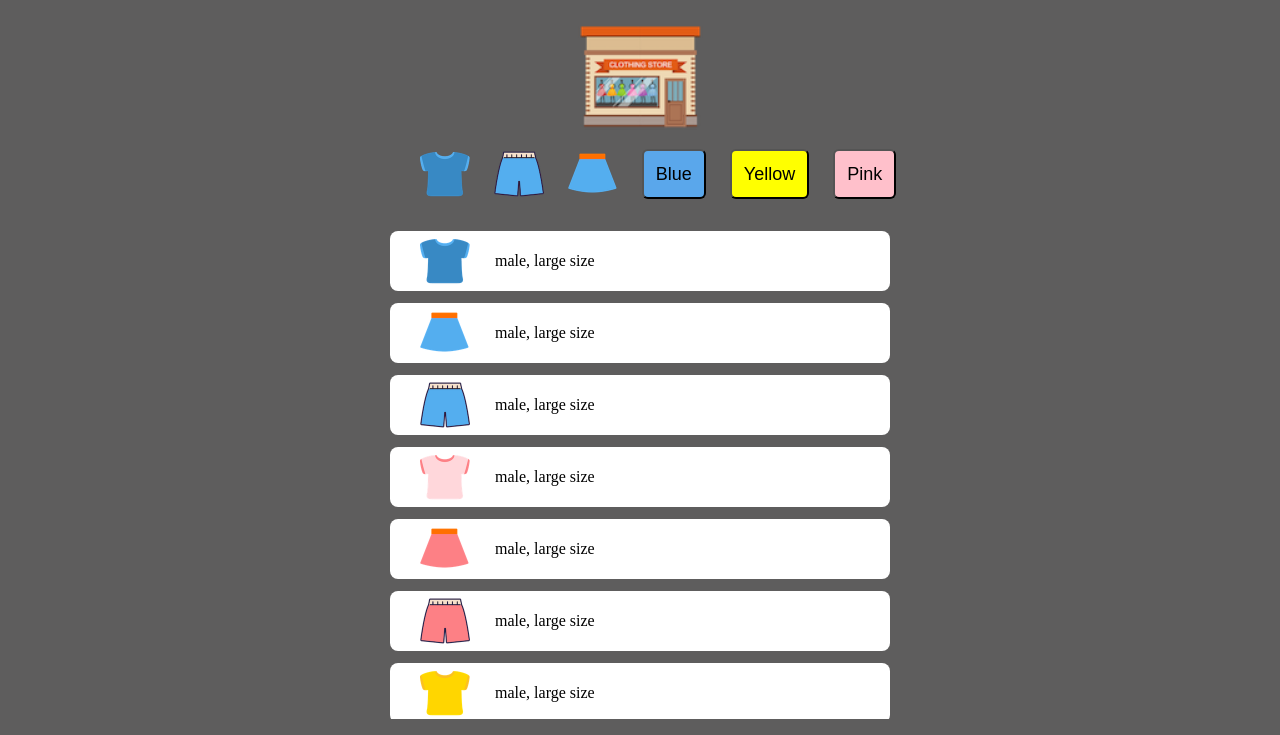
Repository: keehoonjung/Shoppingmall-Game
Page: index.html
An editor plug-in stored every save of this project. The page is shown before and after the next save, followed by the edit.
The browser window is 1280 px wide. The pictures show the whole page.
The pointer rests on the first visible `.header__logo`.
An inner scrolling area shows only its first screen.

Above is the page before, as saved 2021-08-12 14:56:26.

### index.html
<!DOCTYPE html>
<html lang="en">
<head>
    <meta charset="UTF-8">
    <meta http-equiv="X-UA-Compatible" content="IE=edge">
    <meta name="viewport" content="width=device-width, initial-scale=1.0">
    <title>Shoppingamll Game</title>
    <link rel="stylesheet" href="style.css">
    <script src="main.js" defer></script>
</head>
<body>
    <header>
        <img src="./imgs/logo.png" alt="header" class="header__logo">
    </header>
    <ul class="filter">
        <li class="filter__btn">
            <img src="./imgs/blue_t.png" alt="shirt" class="shirt">
        </li>
        <li class="filter__btn">
            <img src="./imgs/blue_p.png" alt="pants" class="pants">
        </li>
        <li class="filter__btn">
            <img src="./imgs/blue_s.png" alt="" class="skirt">
        </li>
        <li class="filter__btn">
            <button class="blue">
                Blue
            </button>
        </li>
        <li class="filter__btn">
            <button class="yellow">
                Yellow
            </button>
        </li>
        <li class="filter__btn">
            <button class="pink">
                Pink
            </button>
        </li>
    </ul>
    <ul class="items">
        <li class="item visible" data-type="shirt" data-color="blue">
            <img src="./imgs/blue_t.png" alt="blueshirt">
            <span>male, large size</span>
        </li>
        <li class="item visible" data-type="skirt" data-color="blue">
            <img src="./imgs/blue_s.png" alt="blueshirt">
            <span>male, large size</span>
        </li>
        <li class="item visible" data-type="pants" data-color="blue">
            <img src="./imgs/blue_p.png" alt="blueshirt">
            <span>male, large size</span>
        </li>
        <li class="item visible" data-type="shirt" data-color="pink">
            <img src="./imgs/pink_t.png" alt="blueshirt">
            <span>male, large size</span>
        </li>
        <li class="item visible" data-type="skirt" data-color="pink">
            <img src="./imgs/pink_s.png" alt="blueshirt">
            <span>male, large size</span>
        </li>
        <li class="item visible" data-type="pants" data-color="pink">
            <img src="./imgs/pink_p.png" alt="blueshirt">
            <span>male, large size</span>
        </li>
        <li class="item visible" data-type="shirt" data-color="yellow">
            <img src="./imgs/yellow_t.png" alt="blueshirt">
            <span>male, large size</span>
        </li>
        <li class="item visible" data-type="skirt" data-color="yellow">
            <img src="./imgs/yellow_s.png" alt="blueshirt">
            <span>male, large size</span>
        </li>
        <li class="item visible" data-type="pants" data-color="yellow">
            <img src="./imgs/yellow_p.png" alt="blueshirt">
            <span>male, large size</span>
        </li>
        <li class="item visible" data-type="shirt" data-color="yellow">
            <img src="./imgs/yellow_t.png" alt="blueshirt">
            <span>male, large size</span>
        </li>
        <li class="item visible" data-type="skirt" data-color="yellow">
            <img src="./imgs/yellow_s.png" alt="blueshirt">
            <span>male, large size</span>
        </li>
        <li class="item visible" data-type="pants" data-color="yellow">
            <img src="./imgs/yellow_p.png" alt="blueshirt">
            <span>male, large size</span>
        </li>
        <li class="item visible" data-type="shirt" data-color="yellow">
            <img src="./imgs/yellow_t.png" alt="blueshirt">
            <span>male, large size</span>
        </li>
        <li class="item visible" data-type="skirt" data-color="yellow">
            <img src="./imgs/yellow_s.png" alt="blueshirt">
            <span>male, large size</span>
        </li>
        <li class="item visible" data-type="pants" data-color="yellow">
            <img src="./imgs/yellow_p.png" alt="blueshirt">
            <span>male, large size</span>
        </li>
    </ul>
</body>
</html>

### style.css
* {
  box-sizing: border-box;
}

body {
  background-color: rgb(94, 93, 93);
  text-align: center;
  margin: 0;
}

ul {
  list-style: none;
}

button {
  outline: none;
  border-radius: 6px;
  display: inline-block;
  height: 50px;
  padding: 8px 12px;
  font-size: 18px;
  cursor: pointer;
  transition: transform 300ms ease-in;
}

button:hover {
  transform: scale(1.1);
}

header {
  margin-top: 20px;
}

.header__logo {
  width: 125px;
  cursor: pointer;
  transition: transform 300ms ease-in;
}

.filter {
  display: flex;
  justify-content: center;
  margin: 0;
  padding: 0;
  padding-left: 60px;
}

.filter__btn {
  padding-right: 24px;
}

.filter__btn img {
  height: 50px;
  cursor: pointer;
  transition: transform 300ms ease-in;
}

.filter__btn img:hover {
  transform: scale(1.1);
}

.blue {
  background-color: rgb(90, 167, 235);
}

.yellow {
  background-color: yellow;
}

.pink {
  background-color: pink;
}

.items {
  padding: 0;
  overflow-y: auto;
  height: 500px;
}

.item {
  background-color: white;
  margin-bottom: 12px;
  width: 500px;
  height: 60px;
  margin: 12px auto;
  border-radius: 8px;
  display: flex;
  align-items: center;
  padding-left: 30px;
  display: none;
}

.item.visible {
  display: flex;
}

.item img {
  height: 50px;
}

.item span {
  margin-left: 25px;
}

### main.js
"use strict";

const navi = document.querySelector(".filter");
const itemList = document.querySelector(".items");
const allItem = Array.from(document.querySelectorAll(".item"));
const headerLogo = document.querySelector(".header__logo");

headerLogo.addEventListener("click", () => {
  createAll();
});

navi.addEventListener("click", (evnet) => {
  const tag = event.target.tagName;
  const targetName = event.target.classList.value;
  if (tag == "IMG") {
    const items = allItem.filter((item) => item.dataset.type == targetName);
    deleteAll();
    items.forEach((item) => {
      item.classList.add("visible");
    });
  } else if (tag == "BUTTON") {
    const items = allItem.filter((item) => item.dataset.color == targetName);
    deleteAll();
    items.forEach((item) => {
      item.classList.add("visible");
    });
  }
});

function deleteAll() {
  allItem.forEach((item) => {
    item.classList.remove("visible");
  });
}

function createAll() {
  allItem.forEach((item) => {
    item.classList.add("visible");
  });
}

After the next save:
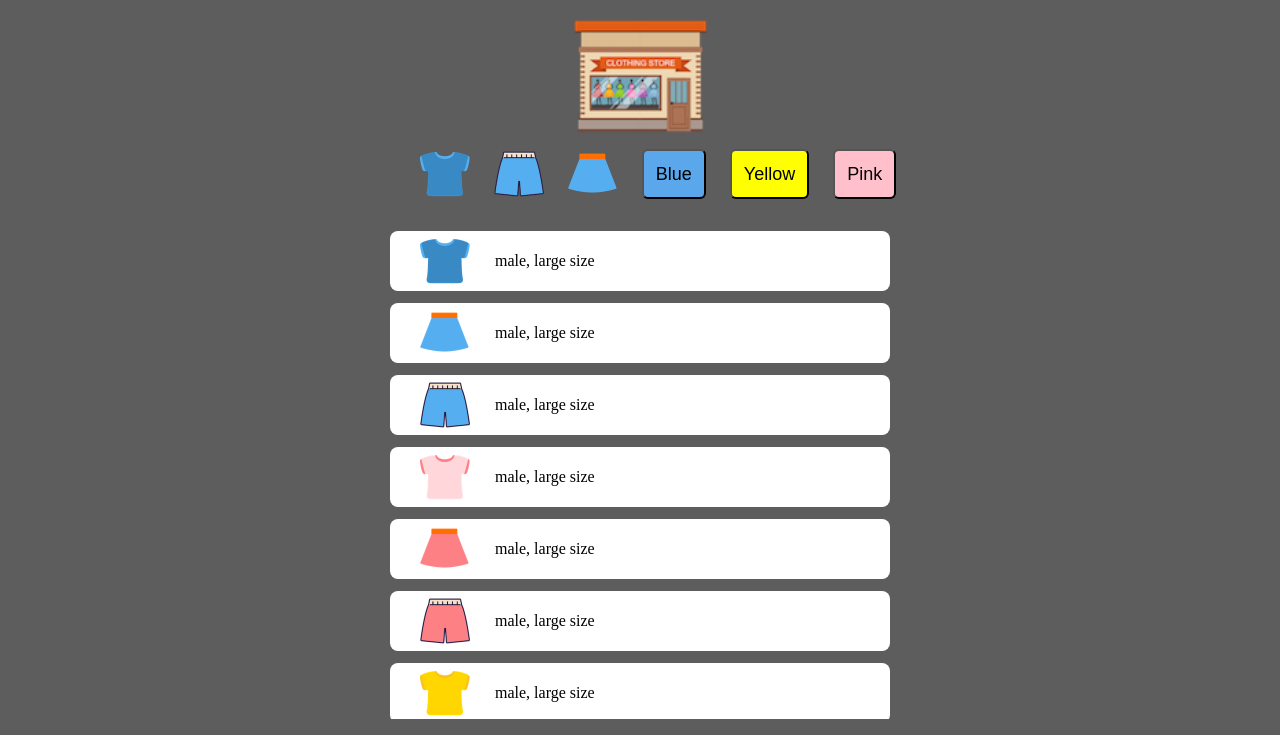
Saved 7 s later.
--- a/style.css
+++ b/style.css
@@ -35,6 +35,10 @@ header {
   width: 125px;
   cursor: pointer;
   transition: transform 300ms ease-in;
+}
+
+.header__logo:hover {
+  transform: scale(1.1);
 }
 
 .filter {
